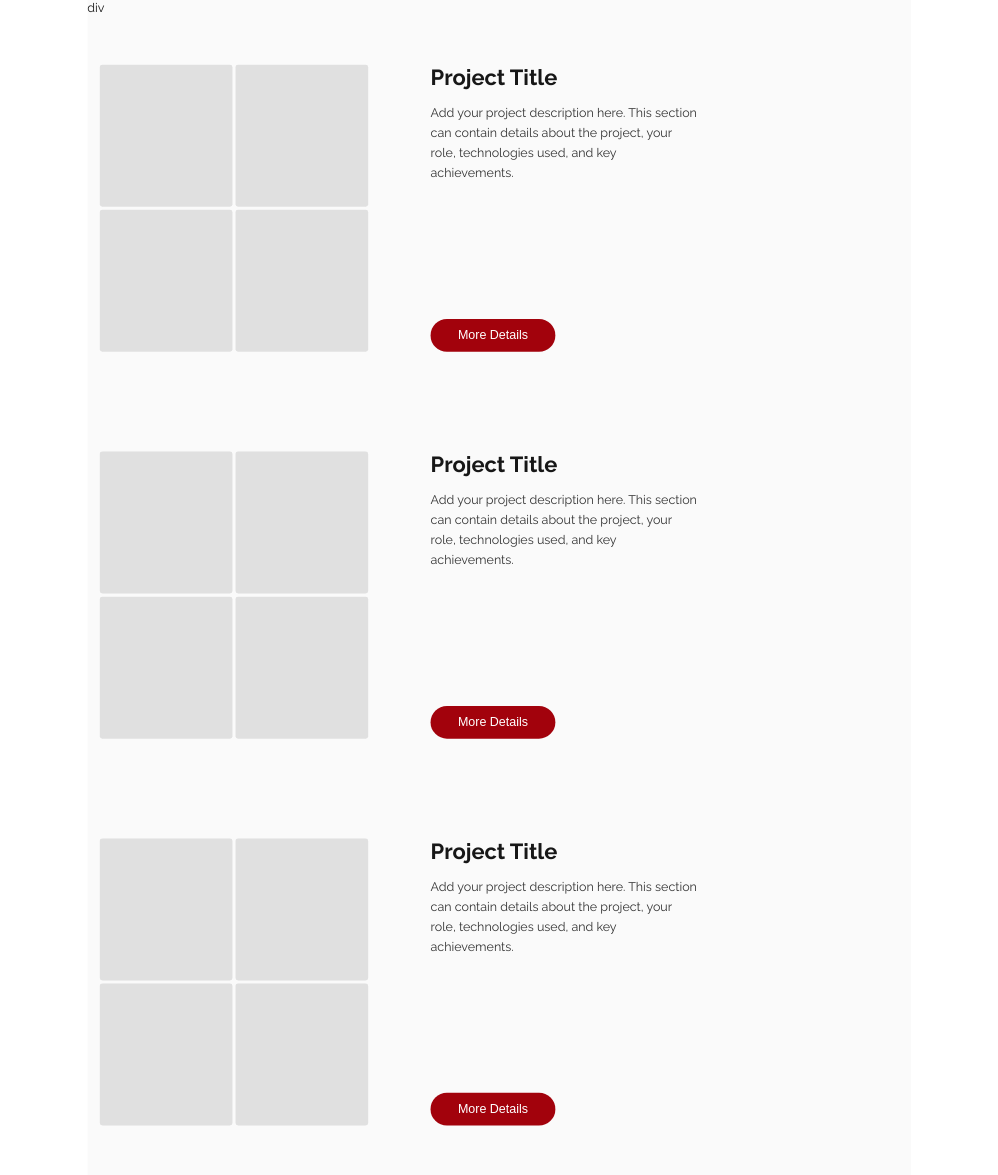
Repository: Micaelavalmores/Micaela-Portfolio
Page: /home-page
An editor plug-in stored every save of this project. The page is shown before and after a run of saves, followed by the edit.
The browser window is 1280 px wide. The pictures show the whole page, at 78% of full size.
The project was rebuilt for these pictures with package versions that can differ from the ones it lists, and the page was loaded fresh each time. The framework's server and built-in components were replaced by stand-ins that run in the browser. Also part of the build but not shown: next.config.mjs.

Above is the page before, as saved 2026-01-26 21:55:12.

After the next 7 saves:
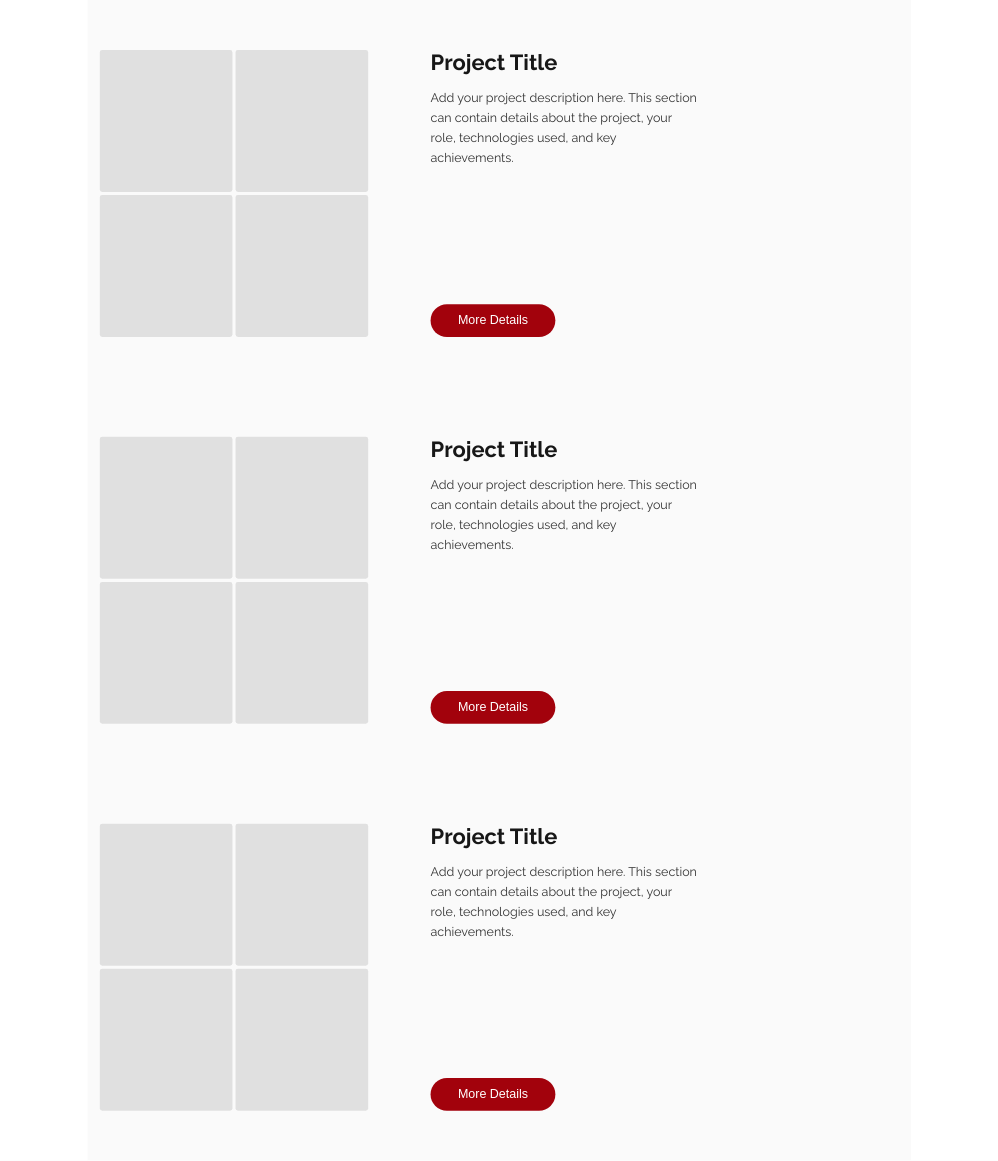
The 7 saves are shown as one change because 2 did not build or start and some came seconds apart.
The last was saved 24 s later.
--- a/app/home-page/page.js
+++ b/app/home-page/page.js
@@ -5,7 +5,9 @@ import FtProj from '../components/FtProj'
 export default function HomePage() {
   return (
     <main className={styles.page}>
-      div
+      <div className='Proj-sec'>
+
+      </div>
       <FtProj />
       <FtProj />
       <FtProj />
